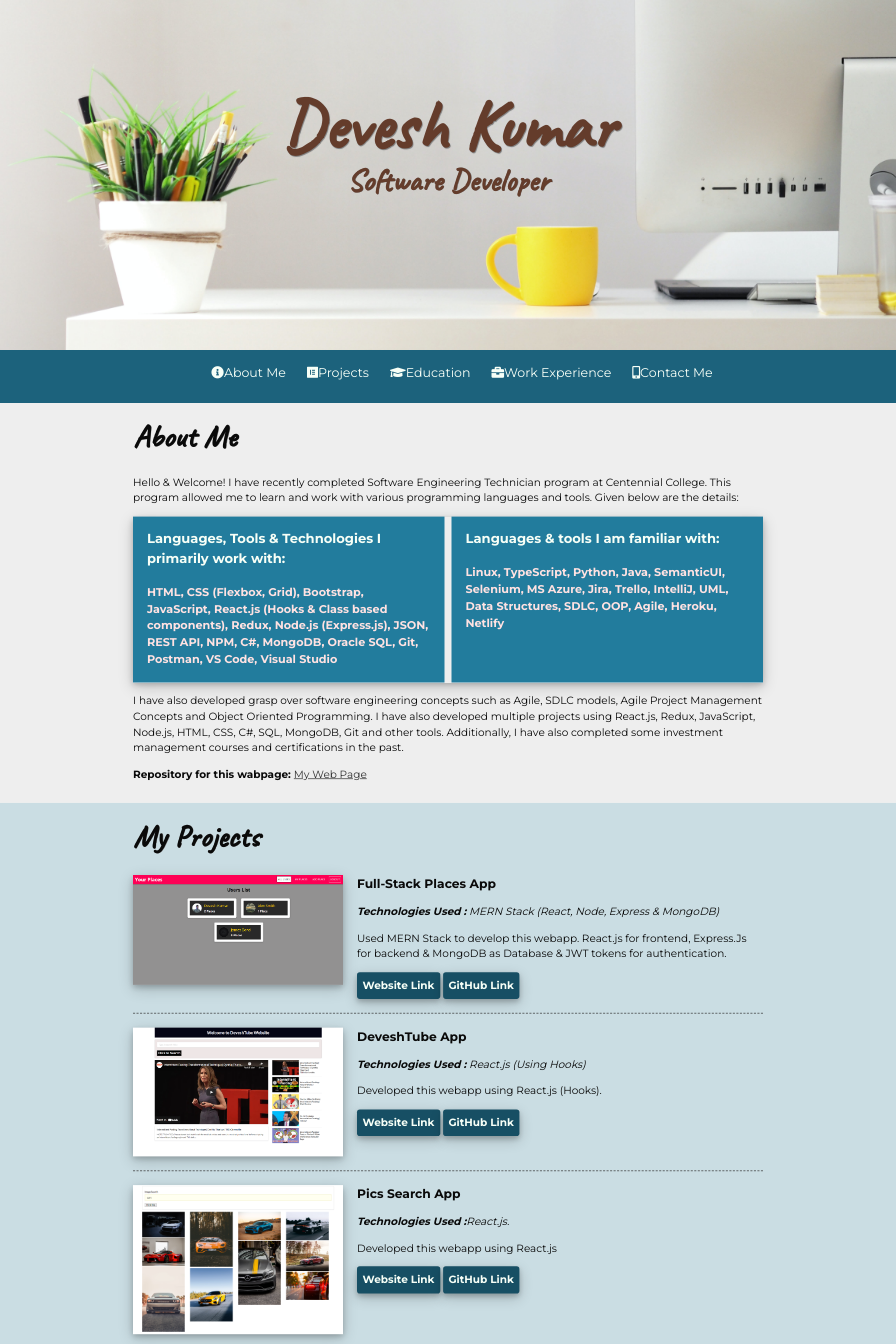
Repository: My-Web-Page/MyWebPage
Page: index.html
These files come from the project's save history. The page is drawn as it stood at one moment and after the next save; the edit follows.
The browser window is 1280 px wide. The pictures show the part of the page from y = 0 to 1920 px (the page is 5032 px tall), at 70% of full size.
Some web libraries are served in a nearby version.

Above is the page before, as saved 2021-09-07 13:45:50.

After the next save:
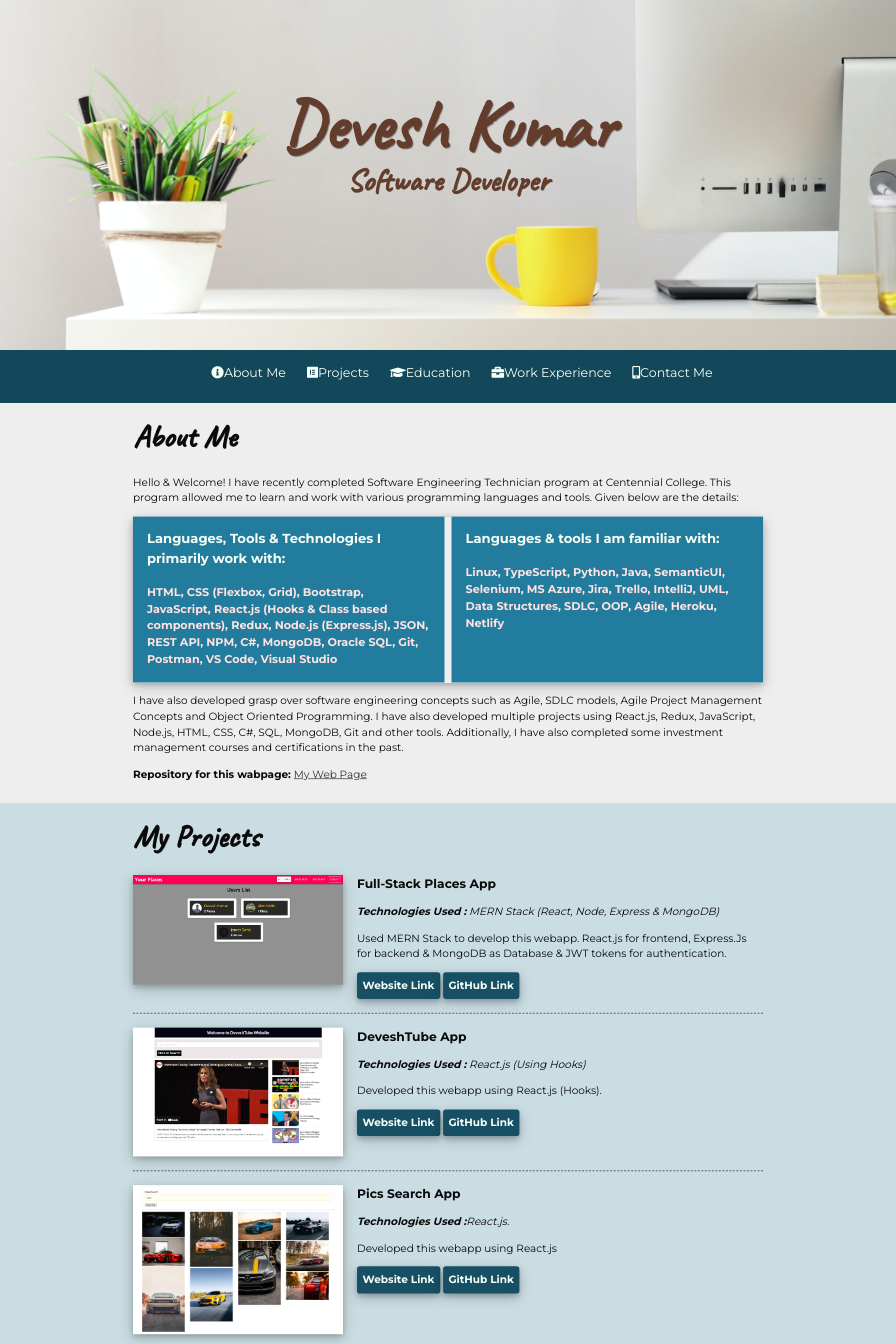
Saved 18 s later.
--- a/style.css
+++ b/style.css
@@ -131,7 +131,7 @@ h3+p {
 /* **********************************************************************************/
 
 nav {
-    background-color: #1c627c;
+    background-color: #13475a;
     padding: 5px 0;
     position: relative;
     height: var(--header-height);
